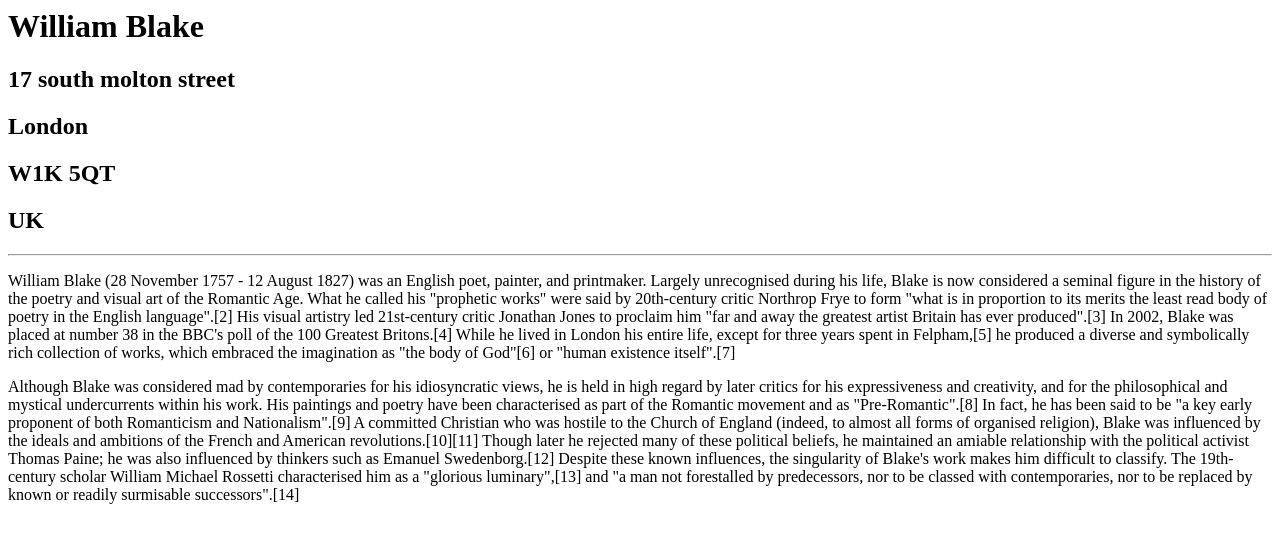
Repository: logan-lampton/python
Page: web-foundation/poet.html
An editor plug-in stored every save of this project. The page is shown before and after the next save, followed by the edit.
The browser window is 1280 px wide. The pictures show the whole page.

Above is the page before, as saved 2023-08-23 15:36:39.

After the next save:
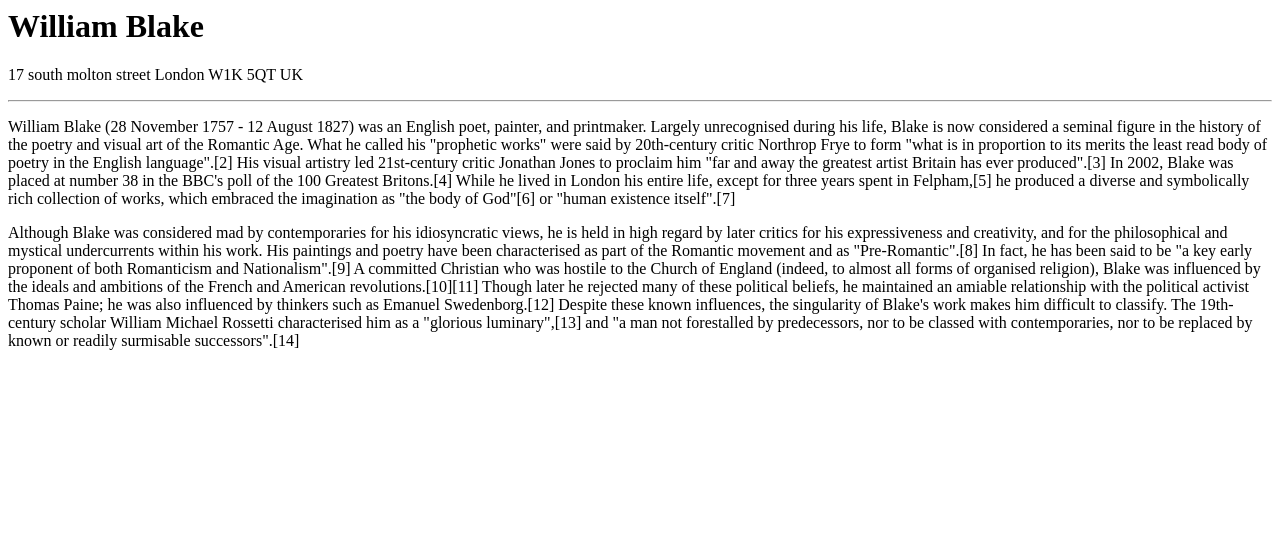
Saved 88 s later.
--- a/web-foundation/poet.html
+++ b/web-foundation/poet.html
@@ -1,9 +1,6 @@
 <h1>William Blake</h1>
 
-<h2>17 south molton street</h2>
-<h2>London</h2>
-<h2>W1K 5QT</h2>
-<h2>UK</h2>
+<p>17 south molton street London W1K 5QT UK</p>
 <hr />
 
 <p>
